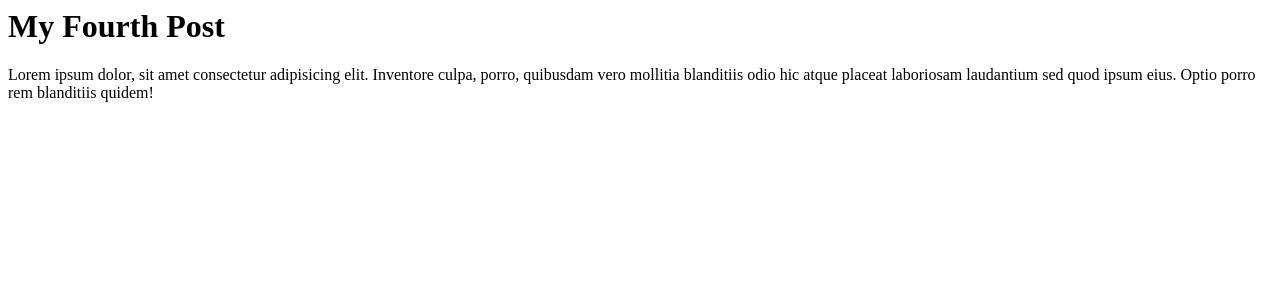
Repository: RaquelAlvarezz/example-app
Page: resources/posts/my-fourth-post.html
An editor plug-in stored every save of this project. The page is shown before and after the next save, followed by the edit.
The browser window is 1280 px wide. The pictures show the whole page.

Above is the page before, as saved 2022-02-15 12:34:12.

### resources/posts/my-fourth-post.html

    <h1>My Fourth Post</h1>
<p>Lorem ipsum dolor, sit amet consectetur adipisicing elit. Inventore culpa, porro, quibusdam vero mollitia blanditiis odio hic atque placeat laboriosam laudantium sed quod ipsum eius. Optio porro rem blanditiis quidem!</p>

After the next save:
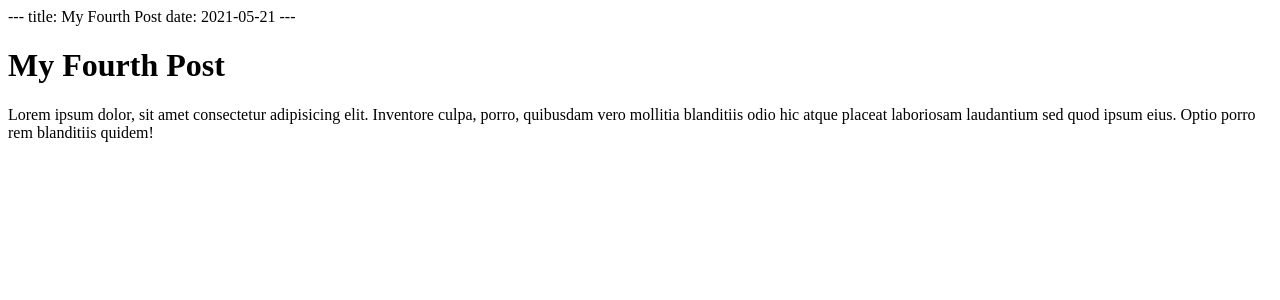
Saved 108 s later.
--- a/resources/posts/my-fourth-post.html
+++ b/resources/posts/my-fourth-post.html
@@ -1,3 +1,8 @@
 
-    <h1>My Fourth Post</h1>
+  ---
+  title: My Fourth Post
+  date: 2021-05-21
+  ---
+
+   <h1>My Fourth Post</h1>
 <p>Lorem ipsum dolor, sit amet consectetur adipisicing elit. Inventore culpa, porro, quibusdam vero mollitia blanditiis odio hic atque placeat laboriosam laudantium sed quod ipsum eius. Optio porro rem blanditiis quidem!</p>
